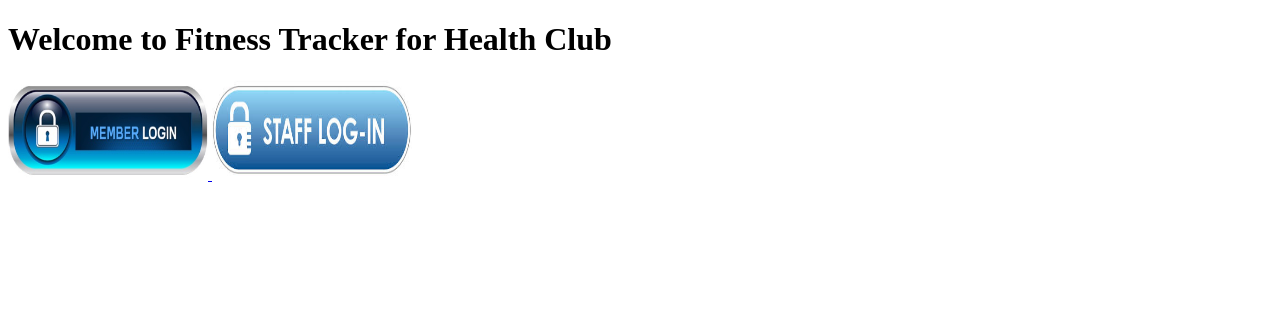
Repository: dmiropol/FitnessMemberTracker
Page: http://localhost/
The author's editor kept a copy of each file at every save. The page is drawn from the files as they stood at one save, then again after the next save.
The browser window is 1280 px wide. The pictures show the whole page.
The page is served by the project's Node server (app.js).

Above is the page before, as saved 2018-11-15 16:08:21.

After the next save:
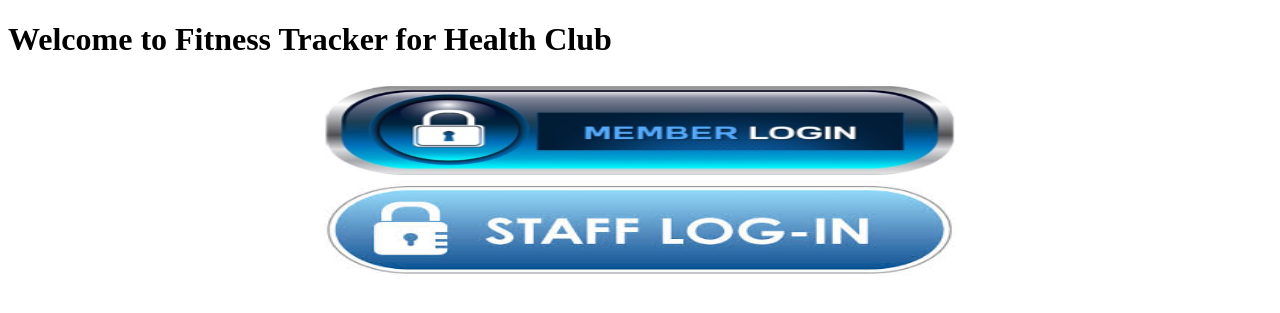
Saved 30 s later.
--- a/views/index.ejs
+++ b/views/index.ejs
@@ -6,7 +6,7 @@
   </head>
   <body>
     <h1>Welcome to <%= title %></h1>
-    <a href="/member"><img border="0" alt="member area" src="MemberLogin.jpg" width="200" height="100">
-    <a href="/staff"><img border="0" alt="staff area" src="StaffLogin.jpg" width="200" height="100">
+    <a href="/member"><img border="0" alt="member area" src="MemberLogin.jpg" width="300" height="100" class="center">
+    <a href="/staff"><img border="0" alt="staff area" src="StaffLogin.jpg" width="300" height="100" class="center">
   </body>
 </html>
